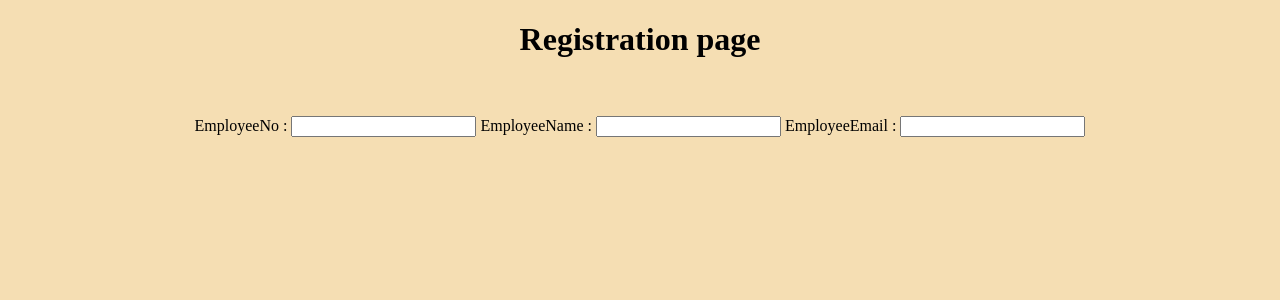
Repository: vikalp2910/VikalpRepo
Page: http://localhost/Proj01/views/registration.jsp
The author's editor kept a copy of each file at every save. The page is drawn from the files as they stood at one save, then again after the next save.
The browser window is 1280 px wide. The pictures show the whole page.
The page is served by Tomcat 9.

Above is the page before, as saved 2020-08-24 07:46:47.

After the next save:
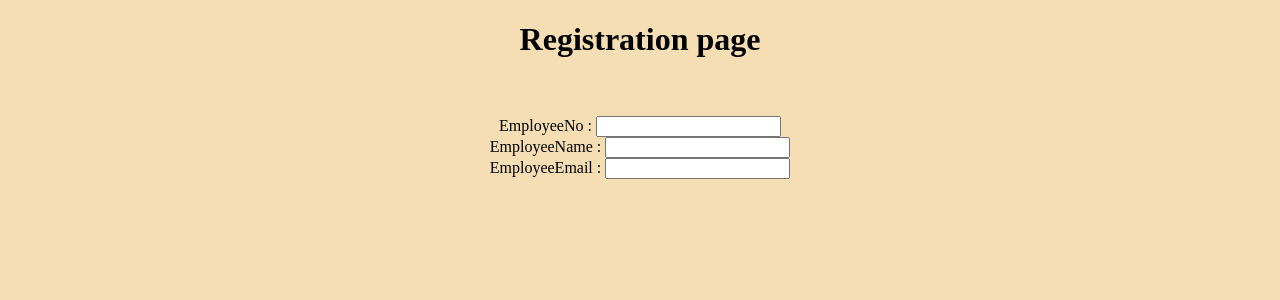
Saved 49 s later.
--- a/Proj01/src/main/webapp/views/registration.jsp
+++ b/Proj01/src/main/webapp/views/registration.jsp
@@ -12,9 +12,9 @@
             <br/>
             <br/>
          <form action="uderDetail">
-             EmployeeNo : <input id="eNo" name="eNo">
-             EmployeeName : <input id="eName" name="eName">
-             EmployeeEmail : <input id="eEmail" name="eEmail">
+             EmployeeNo : <input id="eNo" name="eNo">  <br/>
+             EmployeeName : <input id="eName" name="eName"> <br/>
+             EmployeeEmail : <input id="eEmail" name="eEmail"> <br/>
 
 
          </form>
